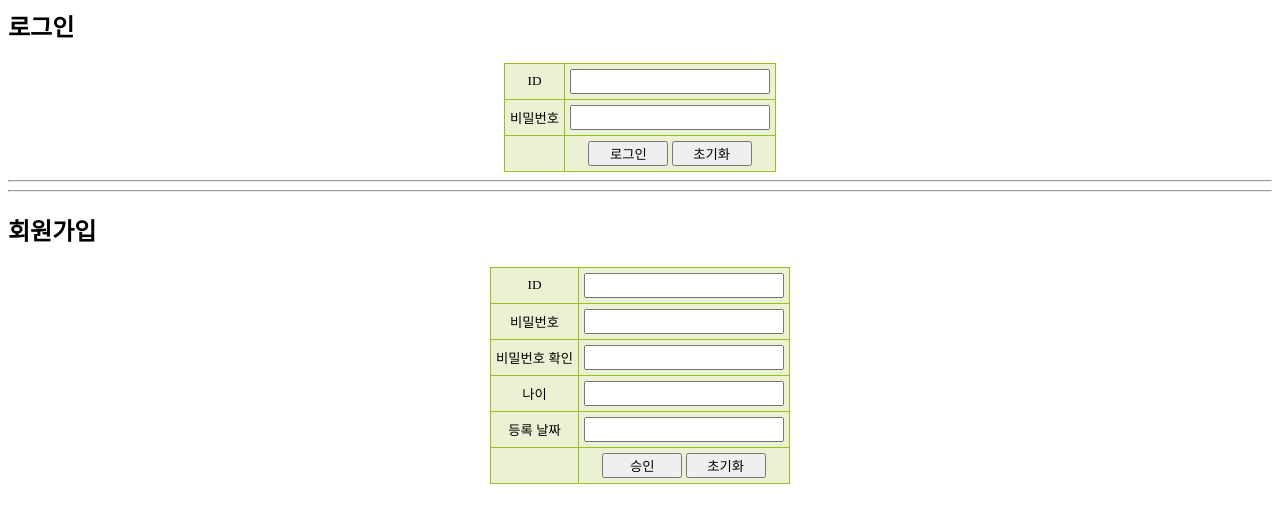
Repository: lmcoa15/Movie
Page: http://localhost/movie/user/user_login.jsp
The author's editor kept a copy of each file at every save. The page is drawn from the files as they stood at one save, then again after the next save.
The browser window is 1280 px wide. The pictures show the whole page.
The page is served by Tomcat 9. Other server files are loaded and not shown.

Above is the page before, as saved 2015-12-07 17:29:06.

### workspace/movie/WebContent/user/user_login.jsp
<%@ page language="java" contentType="text/html; charset=UTF-8" pageEncoding="UTF-8"
	import="java.util.*,movie.admin.*" %>
    <link rel="stylesheet" href="../css/movie_list_css.css" type="text/css" media="screen" />
<!DOCTYPE html PUBLIC "-//W3C//DTD HTML 4.01 Transitional//EN" "http://www.w3.org/TR/html4/loose.dtd">
<html>
<head>
<meta http-equiv="Content-Type" content="text/html; charset=UTF-8">
<title>login</title>
</head>
<body>
<h2>로그인</h2>
	<form method ="post" action="user_reservation.jsp" name="form1">
	<table width="250" border="1"align="center" cellspacing="0"
												cellpadding="5">

	<tr>
		<td>ID</td>
		<td><input type="text" name="id_mem" size=10></td>
	</tr>

	<tr>
		<td>비밀번호</td>
		<td><input type="password" name="password" size=10></td>
	</tr>

	<tr>
		<td></td>
		<td><input type="button" name="login_button" value="로그인" size=1>
			<input type="reset" name="initialization_button" value="초기화" size=1>
		</td>
	</tr>
</table>

<hr><hr>

<h2>회원가입</h2>
	<form method ="post" action="" name="form2">
	<table width="250" border="1"align="center" cellspacing="0"
												cellpadding="5">

	<tr>
		<td>ID</td>
		<td><input type="text" name="id_mem" size=10></td>
	</tr>

	<tr>
		<td>비밀번호</td>
		<td><input type="password" name="password" size=10></td>
	</tr>

	<tr>
		<td>비밀번호 확인</td>
		<td><input type="password" name="password_confirm" size=10></td>
	</tr>

	<tr>
		<td>나이</td>
		<td><input type="text" name="age_mem" size=10></td>
	</tr>

	<tr>
		<td>등록 날짜</td>
		<td><input type="text" name="rdate" size=10></td>
	</tr>

	<tr>
		<td></td>
		<td><input type="button" name="join_obtain_button" value="승인" size=1>
			<input type="reset" name="join_initialization_button" value="초기화" size=1>
		</td>
	</tr>
</form>
</body>
</html>

### workspace/movie/WebContent/css/movie_list_css.css
@charset "utf-8";

table{
		width:auto;
		border-collapse:collapse;
		text-align:center;
}

td,th{
		font-size:10pt;
		border:1px solid #98bf21;
		height:30px;
		padding:5px;
}

th{
		background-color:#A7C942;
		color:#ffffff;
		font-family:Georgia;
}

tr td{
		color:#000000;
		background-color:#EAF2D3;
}
input {
		height:25px;
		width:200px;
}
img {
	width:70px;
	height:70px;
}
input [type="submit"],[type="reset"],[type="button"]{
	height:25px;
	width:80px;
}

After the next save:
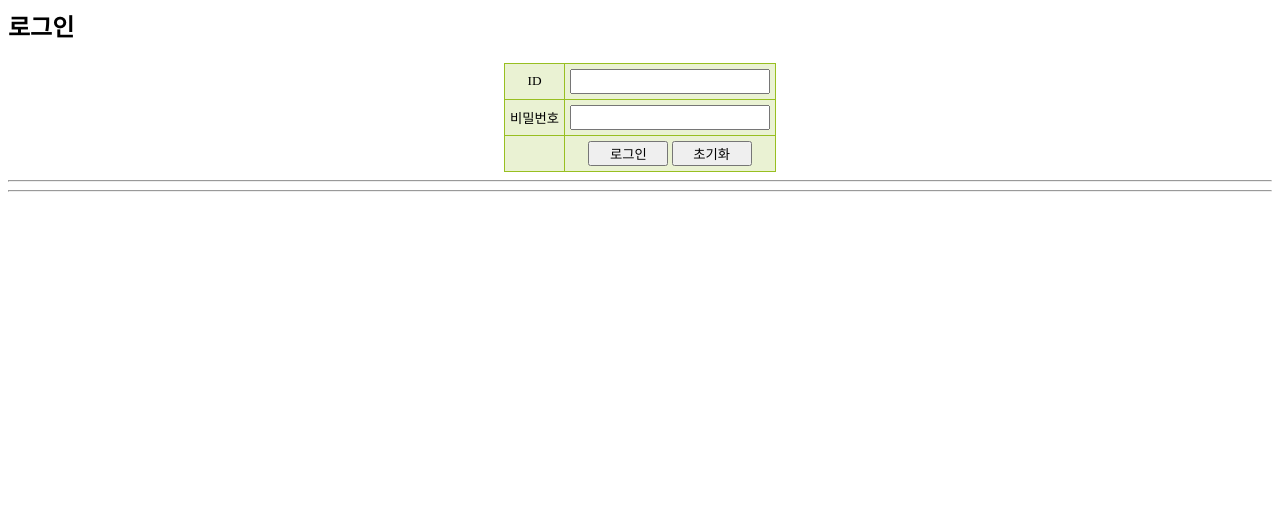
Saved 41 s later.
--- a/workspace/movie/WebContent/user/user_login.jsp
+++ b/workspace/movie/WebContent/user/user_login.jsp
@@ -9,7 +9,7 @@
 </head>
 <body>
 <h2>로그인</h2>
-	<form method ="post" action="user_reservation.jsp" name="form1">
+	<form method ="post" action="user_login_process" name="form1">
 	<table width="250" border="1"align="center" cellspacing="0"
 												cellpadding="5">
 
@@ -33,42 +33,6 @@
 
 <hr><hr>
 
-<h2>회원가입</h2>
-	<form method ="post" action="" name="form2">
-	<table width="250" border="1"align="center" cellspacing="0"
-												cellpadding="5">
 
-	<tr>
-		<td>ID</td>
-		<td><input type="text" name="id_mem" size=10></td>
-	</tr>
-
-	<tr>
-		<td>비밀번호</td>
-		<td><input type="password" name="password" size=10></td>
-	</tr>
-
-	<tr>
-		<td>비밀번호 확인</td>
-		<td><input type="password" name="password_confirm" size=10></td>
-	</tr>
-
-	<tr>
-		<td>나이</td>
-		<td><input type="text" name="age_mem" size=10></td>
-	</tr>
-
-	<tr>
-		<td>등록 날짜</td>
-		<td><input type="text" name="rdate" size=10></td>
-	</tr>
-
-	<tr>
-		<td></td>
-		<td><input type="button" name="join_obtain_button" value="승인" size=1>
-			<input type="reset" name="join_initialization_button" value="초기화" size=1>
-		</td>
-	</tr>
-</form>
 </body>
 </html>
